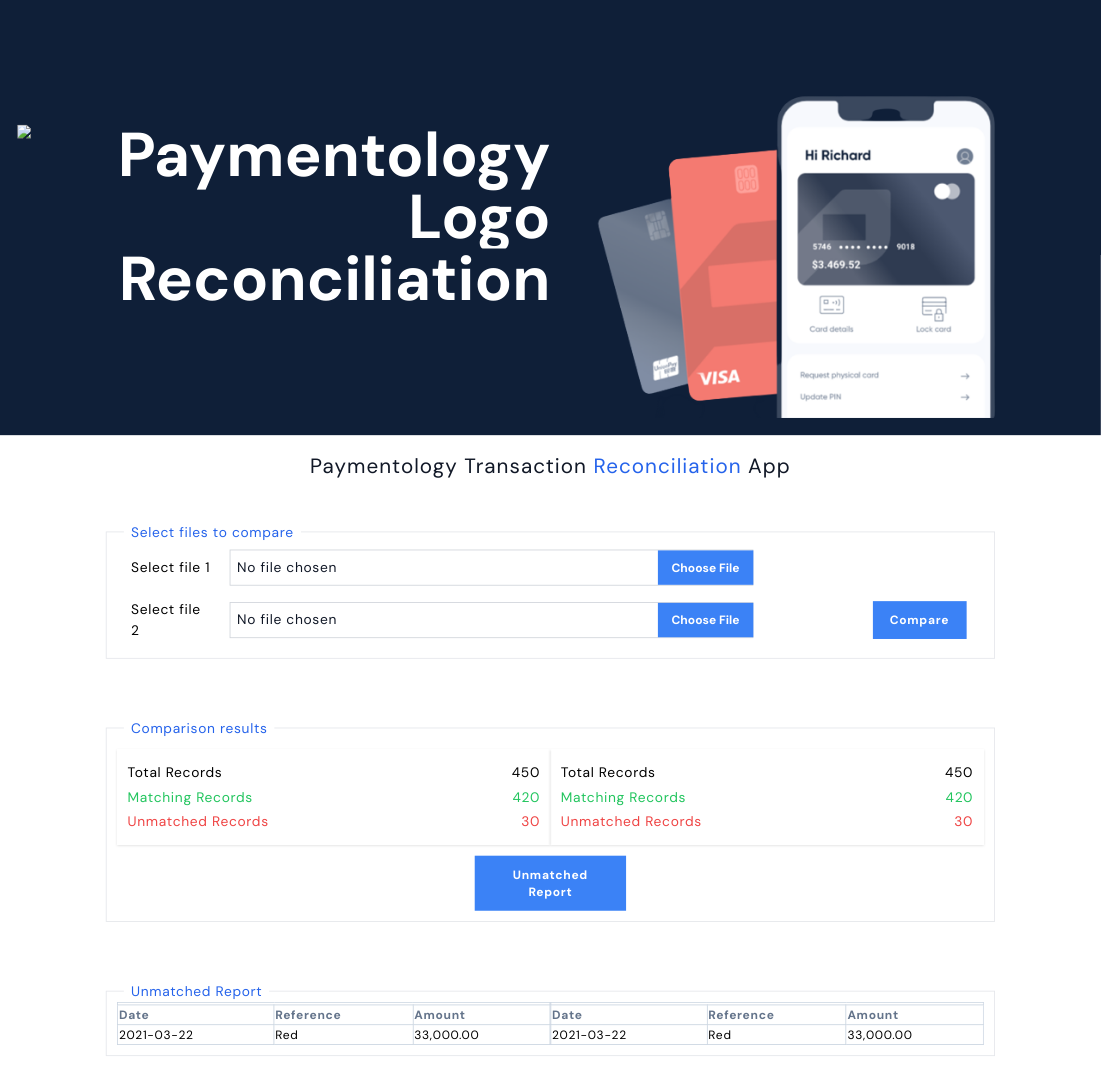
Repository: chionye/paymentology-front
Page: /
These files come from the project's save history. The page is drawn as it stood at one moment and after the next save; the edit follows.
The browser window is 1280 px wide. The pictures show the whole page, at 86% of full size.
The project was rebuilt for these pictures with package versions that can differ from the ones it lists, and the page was loaded fresh each time.

Above is the page before, as saved 2022-03-20 13:46:41.

After the next save:
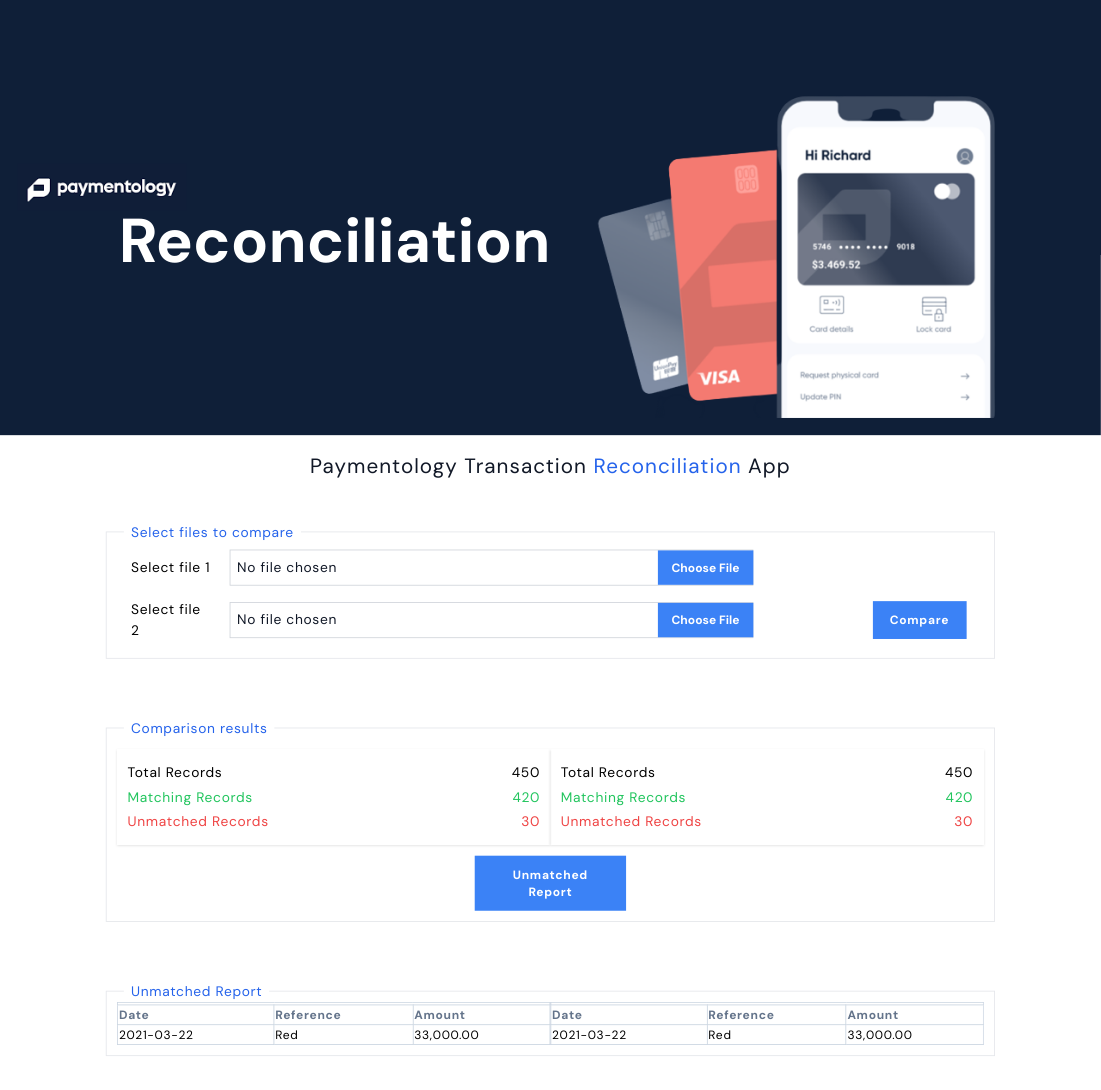
Saved 9 s later.
--- a/src/components/Banner.js
+++ b/src/components/Banner.js
@@ -10,7 +10,7 @@ const Banner = () => {
             <Container>
                 <div className="flex flex-col md:flex-row md:justify-between md:items-center">
                     <div className="w-1/2 text-white text-7xl font-bold text-right">
-                        <img src=""  alt="Paymentology Logo"/>
+                        <img src={Logo}  alt="Paymentology Logo"/>
                         <h1>Reconciliation</h1>
                     </div>
                     <div className="w-1/2 ">
